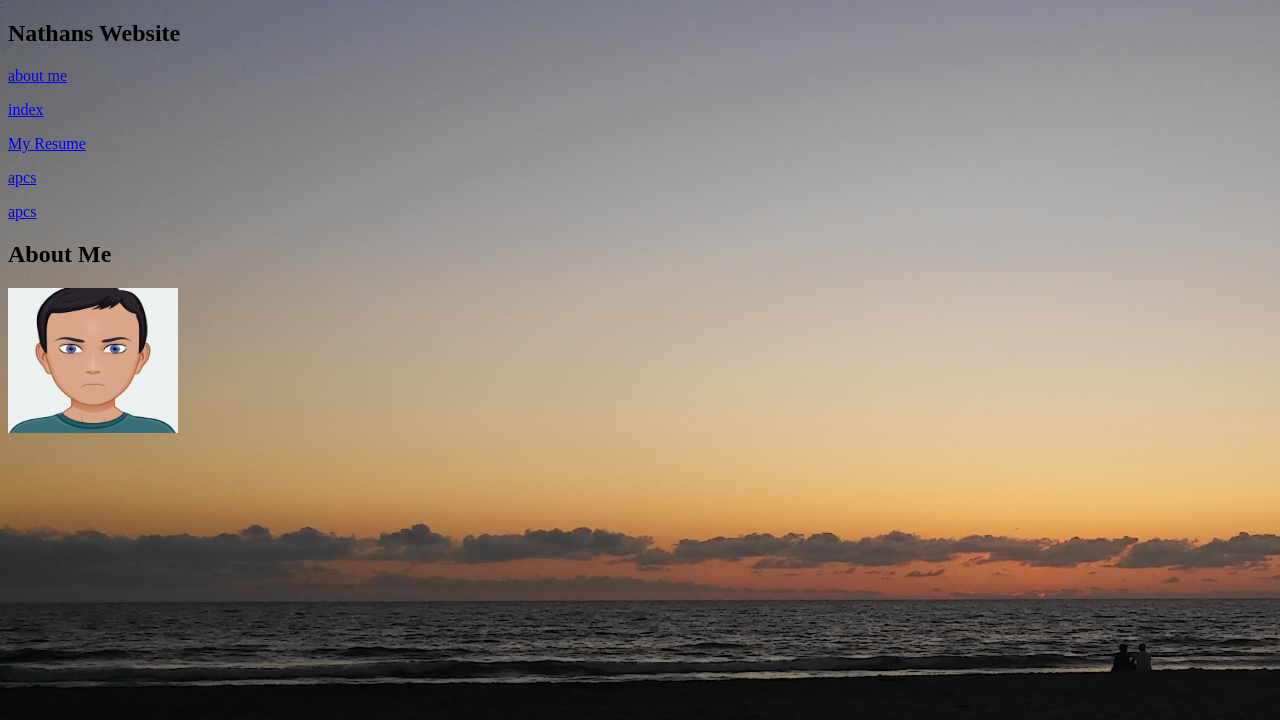
Repository: Nathan12144/Nathan12144.github.io
Page: eng.html
The author's editor kept a record of every edit. The page is drawn from the files as they stood at one moment, then again after the next edit.
The browser window is 1280 px wide. The pictures show the whole page.

Above is the page before.

After the next edit:
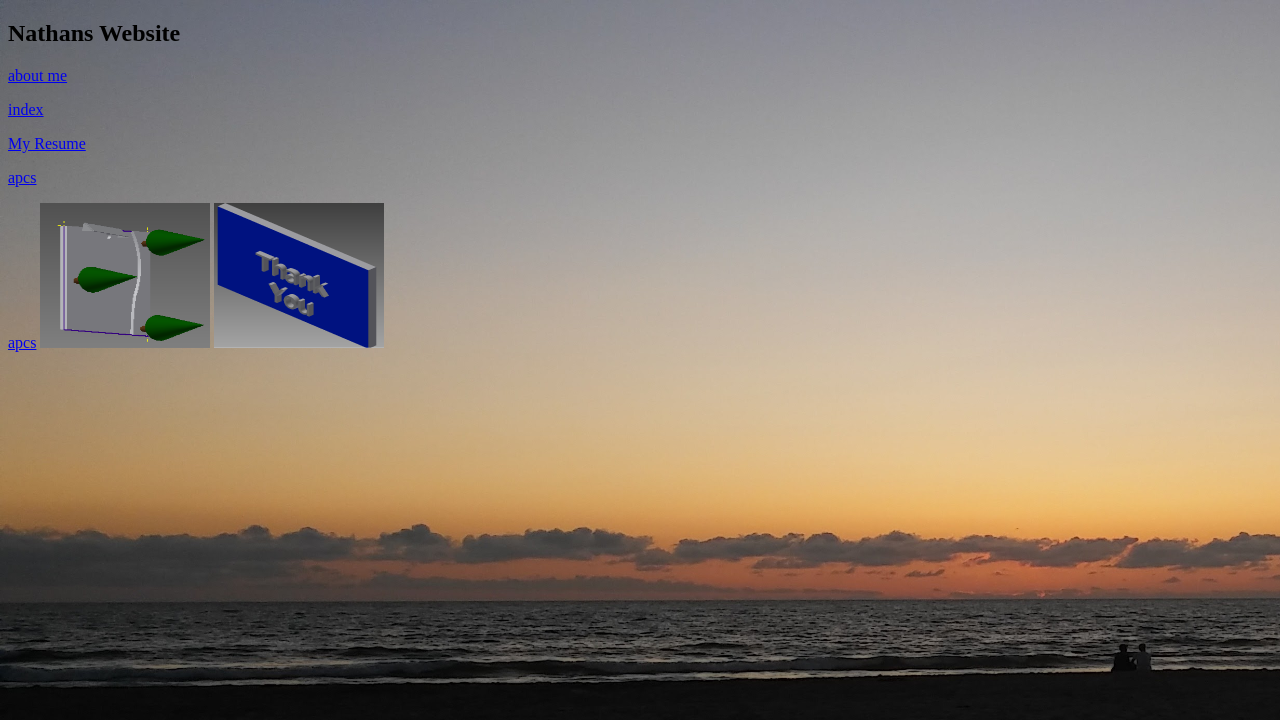
The edit:
--- a/eng.html
+++ b/eng.html
@@ -16,9 +16,9 @@
 <p><a href="apcs.html" target="_blank">apcs</a>
 
 
-<h2>About Me</h2>
-<img src="images/cool.png" alt="Avatar" width="170" height="145">
 
+<img src="images/trump.PNG" alt="Golf Course" width="170" height="145">
+<img src="images/thank you plate.PNG" alt="Golf Course" width="170" height="145">
 
 </body>
 </html>
